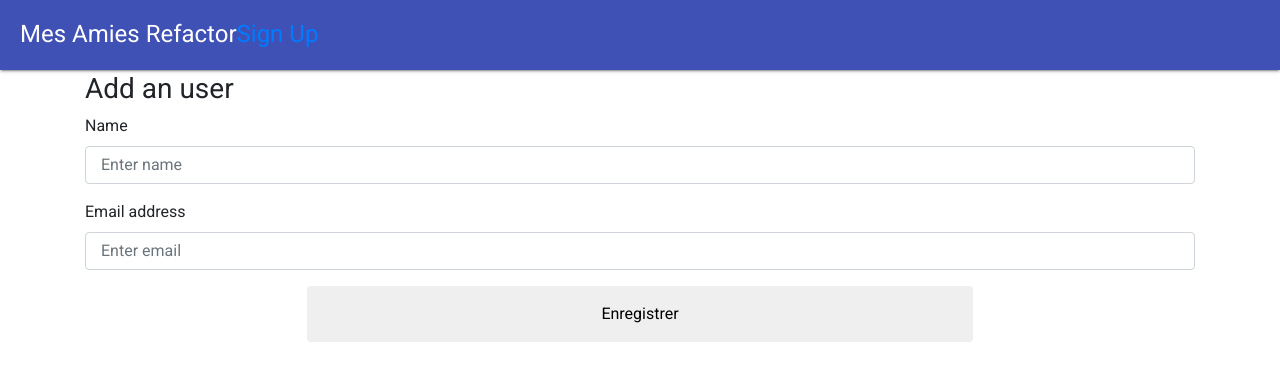
Repository: Symfomany/react-part2
Page: /signup
An editor plug-in stored every save of this project. The page is shown before and after the next save, followed by the edit.
The browser window is 1280 px wide. The pictures show the whole page.
The project was rebuilt for these pictures with package versions that can differ from the ones it lists, and the page was loaded fresh each time. Also part of the build but not shown: src/Formulaire.js, src/Item.css, src/Item.js, src/Liste.js, src/Loader.css, src/Loader.js, src/Main.js.

Above is the page before, as saved 2018-05-22 07:30:00.

After the next save:
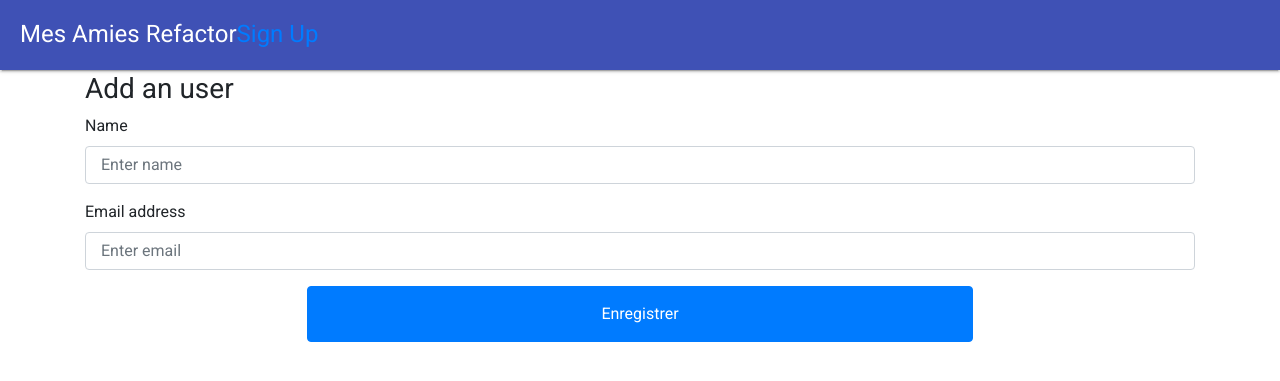
Saved 5 s later.
--- a/src/Signup.js
+++ b/src/Signup.js
@@ -37,7 +37,7 @@ class Signup extends Component {
             />
           </div>
 
-          <button type="submit" class="btn">
+          <button type="submit" class="btn btn-primary">
             Enregistrer
           </button>
         </form>
